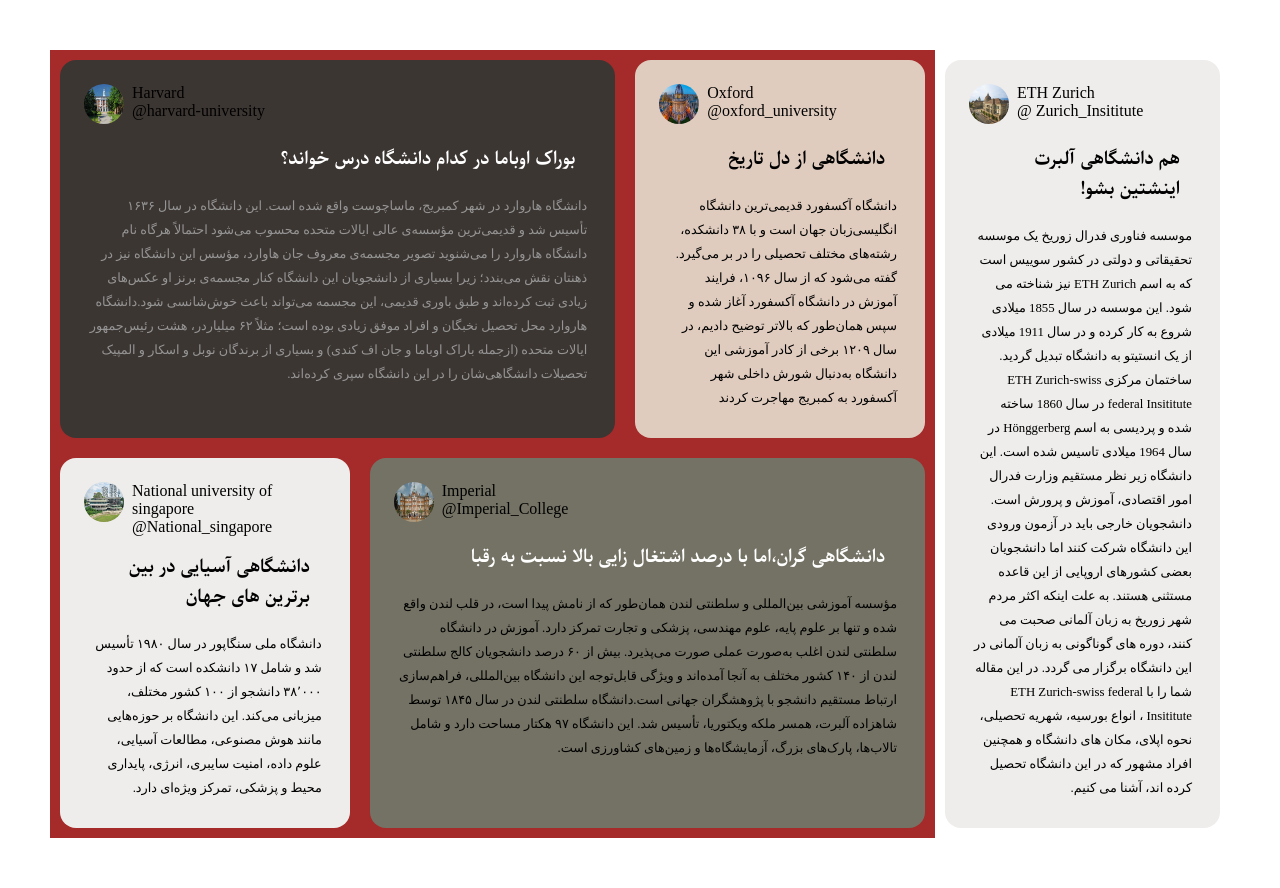
Repository: rahanwz/cards
Page: cards.html
These files come from the project's save history. The page is drawn as it stood at one moment and after the next save; the edit follows.
The browser window is 1280 px wide. The pictures show the whole page.

Above is the page before, as saved 2024-02-17 16:00:13.

After the next save:
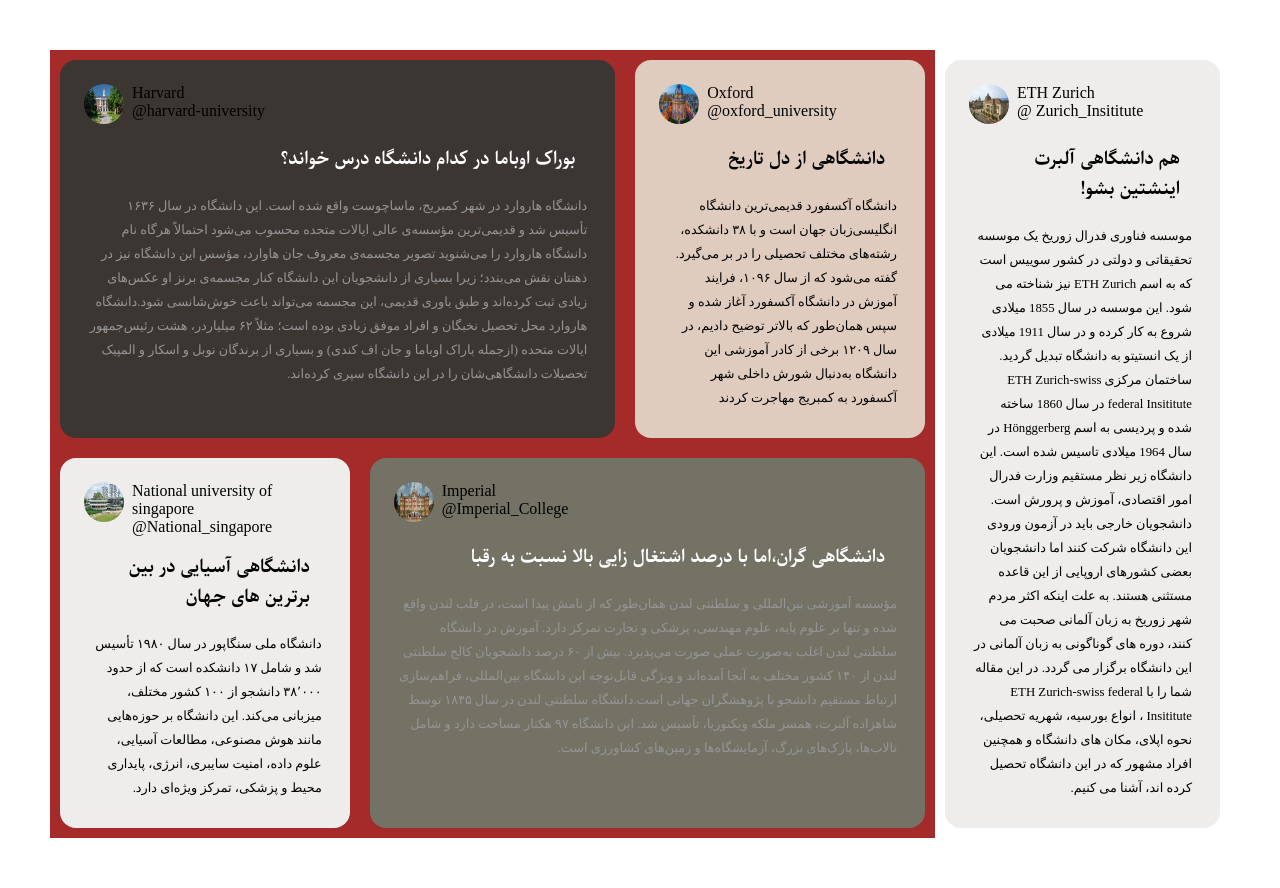
Saved 5 s later.
--- a/cards.html
+++ b/cards.html
@@ -113,7 +113,7 @@
             <div class="descrip1" style="color: #ffffff;">
               دانشگاهی گران،اما با درصد اشتغال زایی بالا نسبت به رقبا
             </div>
-            <div class="descrip2" style="">
+            <div class="descrip2" style="color: #959595;">
               مؤسسه آموزشی بین‌المللی و سلطنتی لندن همان‌طور که از نامش پیدا
               است، در قلب لندن واقع شده و تنها بر علوم پایه، علوم مهندسی، پزشکی
               و تجارت تمرکز دارد. آموزش در دانشگاه سلطنتی لندن اغلب به‌صورت عملی
